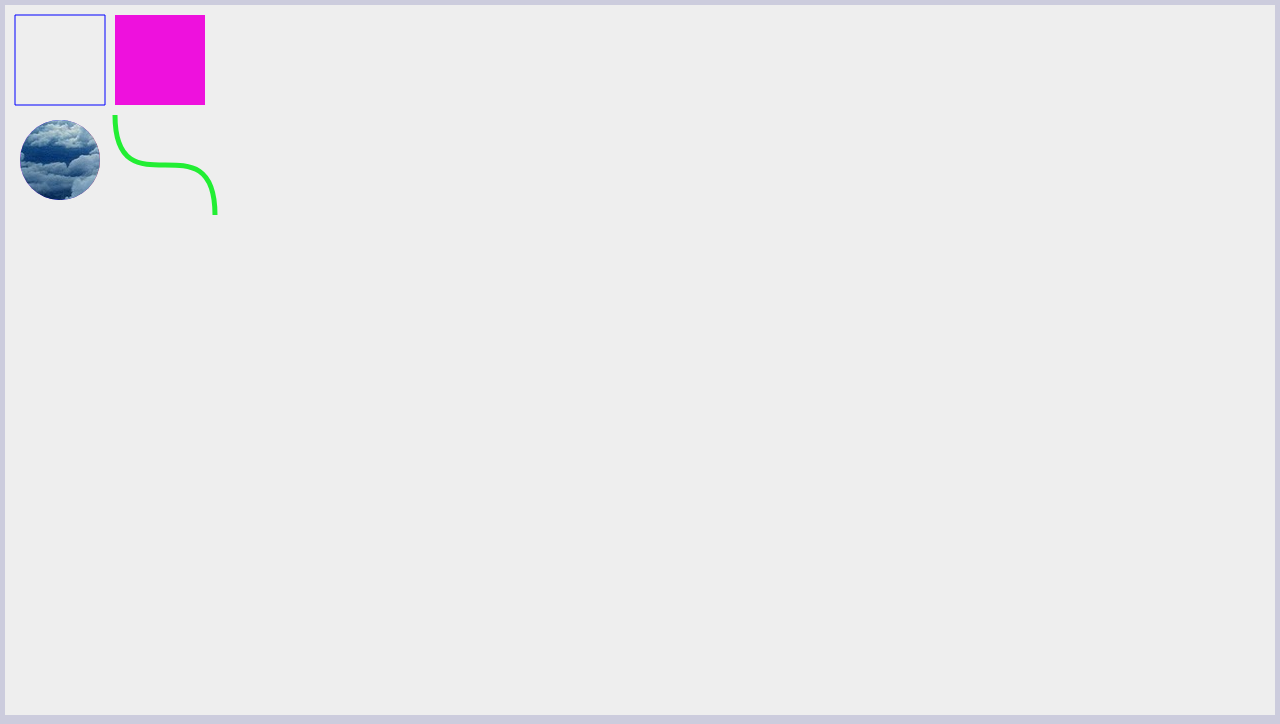
Repository: danielrcardenas/siggraph_examples
Page: workspace/GraphicsExample3/assets/www/index.html
An editor plug-in stored every save of this project. The page is shown before and after the next save, followed by the edit.
The browser window is 1280 px wide. The pictures show the whole page.

Above is the page before, as saved 2013-07-22 16:28:03.

After the next save:
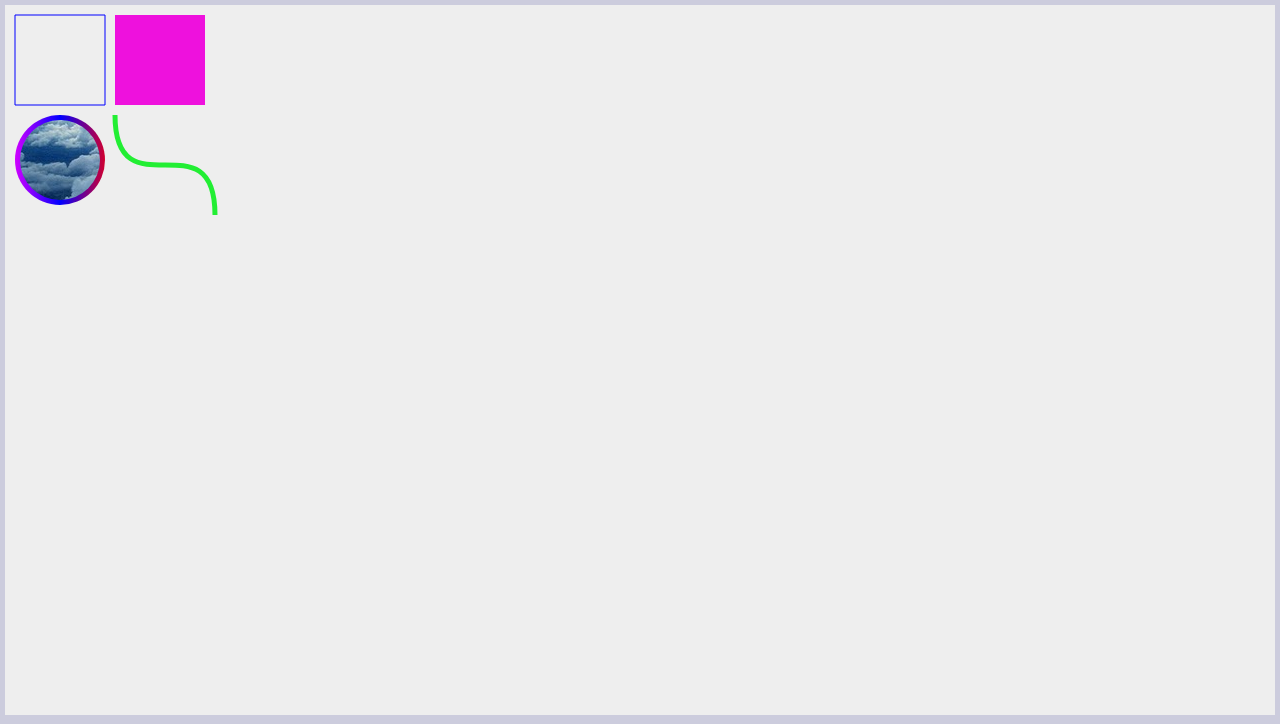
Saved 95 s later.
--- a/workspace/GraphicsExample3/assets/www/index.html
+++ b/workspace/GraphicsExample3/assets/www/index.html
@@ -56,7 +56,7 @@
 
 			context.fillStyle=gradient;
 			context.beginPath();
-			context.arc(55,155,40,0,2*Math.PI);
+			context.arc(55,155,45,0,2*Math.PI);
 			context.fill();
 
 			// stroked bezier
